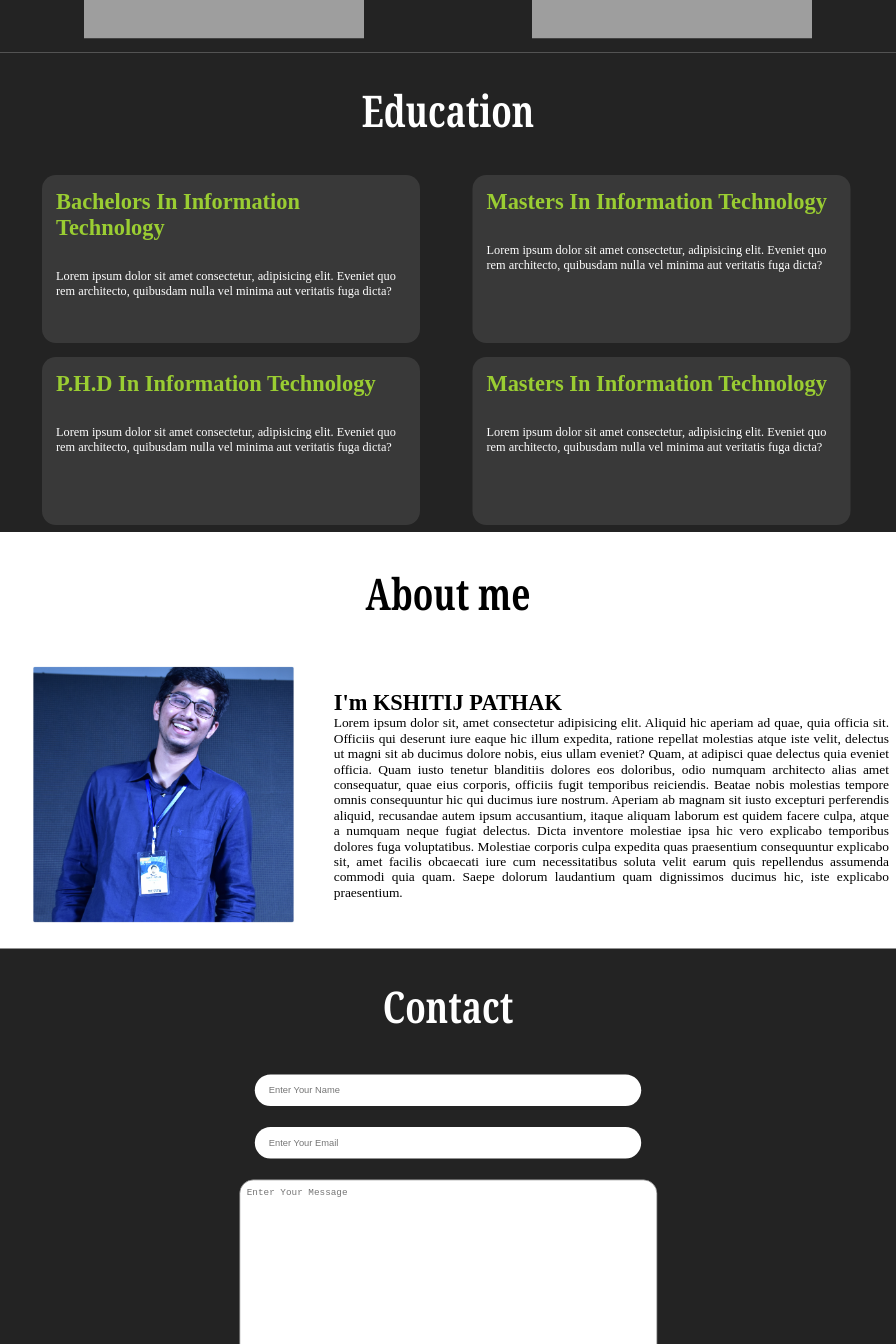
Repository: dev-bot1/resume-kshitij
Page: index.html
The author's editor kept a copy of each file at every save. The page is drawn from the files as they stood at one save, then again after the next save.
The browser window is 1280 px wide. The pictures show the part of the page from y = 2130 to 4050 px (the page is 4257 px tall before and 3997 px after), at 70% of full size.
Pictures or frames that could not be fetched are drawn as grey boxes.

Above is the page before, as saved 2021-08-21 21:36:02.

After the next save:
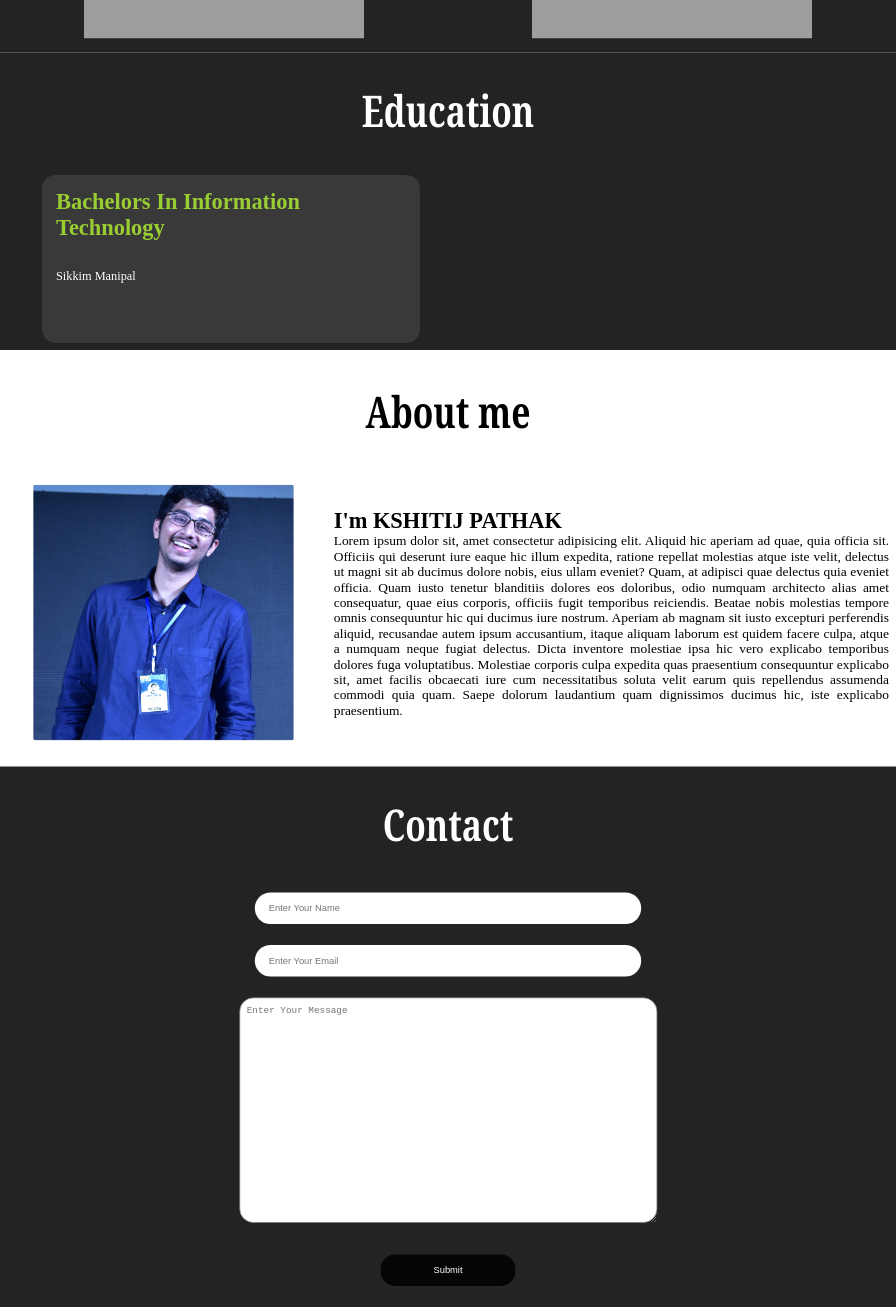
Saved 26 h 49 min later.
--- a/index.html
+++ b/index.html
@@ -43,19 +43,7 @@
         <div class="columns">
             <div class="box">
                 <h2>Bachelors In Information Technology</h2>
-                <p>Lorem ipsum dolor sit amet consectetur, adipisicing elit. Eveniet quo rem architecto, quibusdam nulla vel minima aut veritatis fuga dicta?</p>
-            </div>
-            <div class="box">
-                <h2>Masters In Information Technology</h2>
-                <p>Lorem ipsum dolor sit amet consectetur, adipisicing elit. Eveniet quo rem architecto, quibusdam nulla vel minima aut veritatis fuga dicta?</p>
-            </div>
-            <div class="box">
-                <h2>P.H.D In Information Technology</h2>
-                <p>Lorem ipsum dolor sit amet consectetur, adipisicing elit. Eveniet quo rem architecto, quibusdam nulla vel minima aut veritatis fuga dicta?</p>
-            </div>
-            <div class="box">
-                <h2>Masters In Information Technology</h2>
-                <p>Lorem ipsum dolor sit amet consectetur, adipisicing elit. Eveniet quo rem architecto, quibusdam nulla vel minima aut veritatis fuga dicta?</p>
+                <p>Sikkim Manipal</p>
             </div>
         </div>
     </section>
